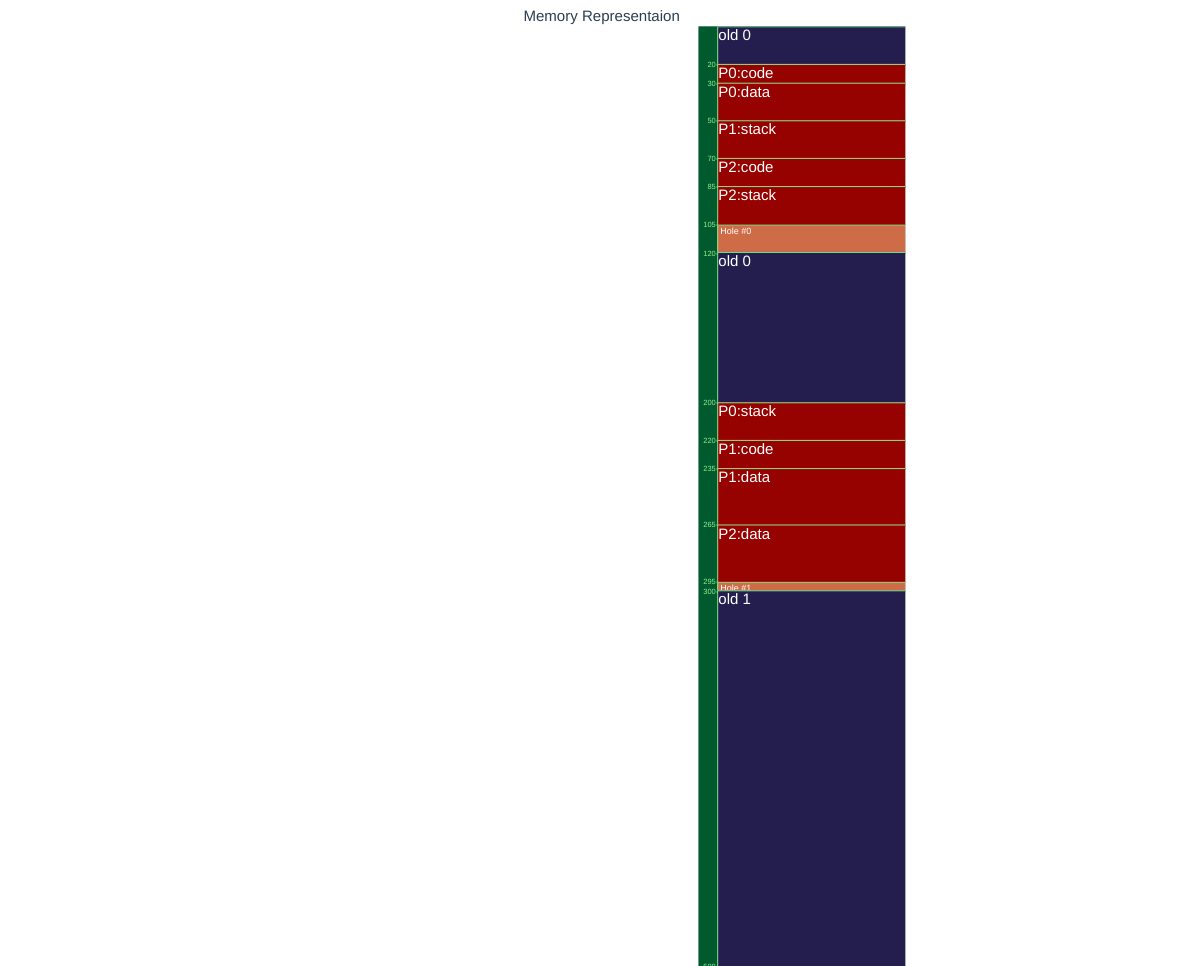
Repository: atout811/memory-allocation-project
Page: /#/final
These files come from the project's save history. The page is drawn as it stood at one moment and after the next save; the edit follows.
The browser window is 1280 px wide. The pictures show the whole page, at 94% of full size.
The project was rebuilt for these pictures with package versions that can differ from the ones it lists, and the page was loaded fresh each time. Also part of the build but not shown: src/views/MemoryAndHoles.vue, src/views/Process.vue, src/views/Methods.vue.

Above is the page before, as saved 2021-06-10 16:57:39.

After the next save:
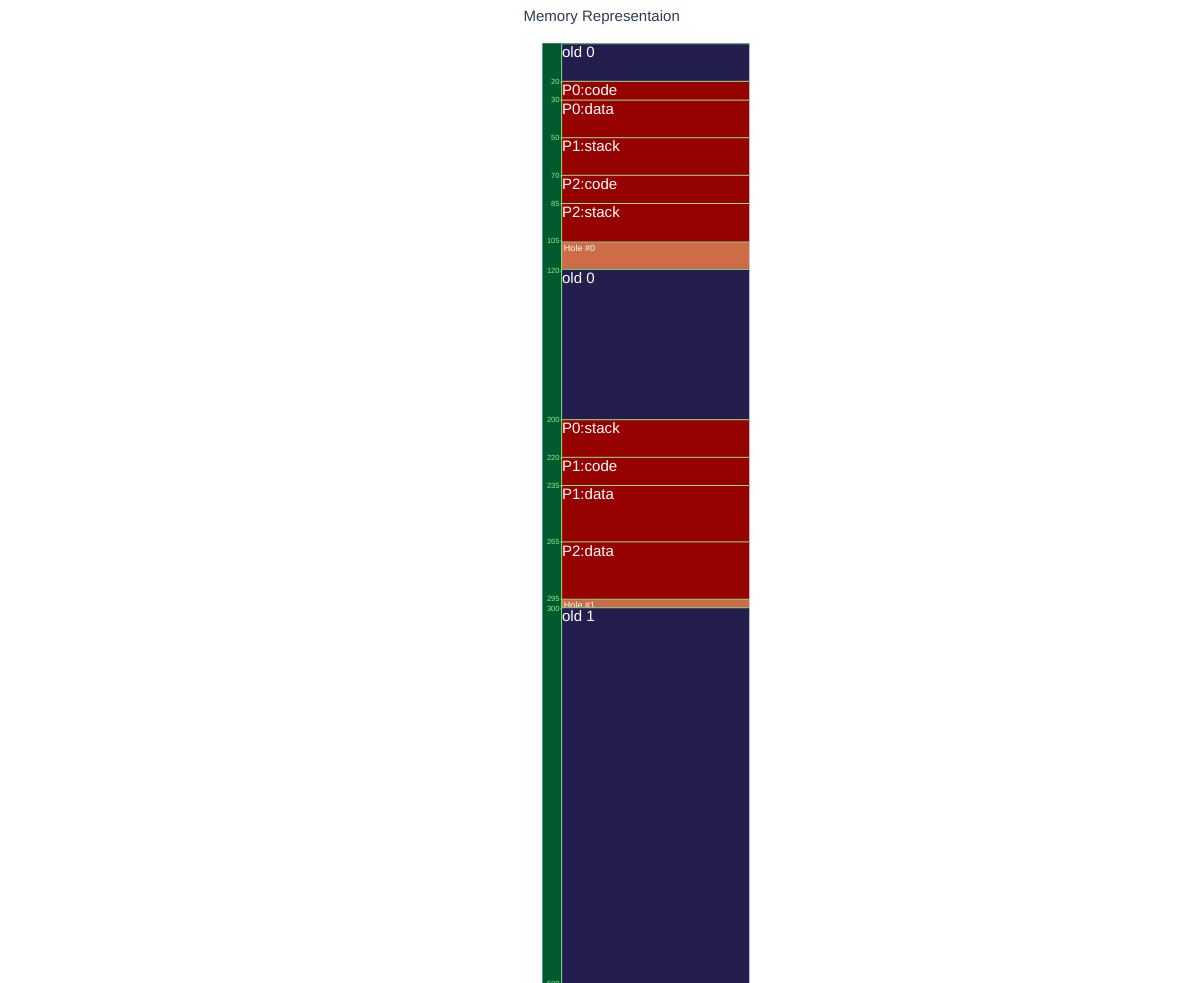
Saved 20 s later.
--- a/src/views/Final.vue
+++ b/src/views/Final.vue
@@ -1,9 +1,11 @@
 <template>
-  <div class="cont">
+  <div>
     Memory Representaion
-    <div class="content"></div>
-    <div class="con">
-      <Memory />
+    <div class="cont">
+      <div class="content"></div>
+      <div class="con">
+        <Memory />
+      </div>
     </div>
   </div>
 </template>
